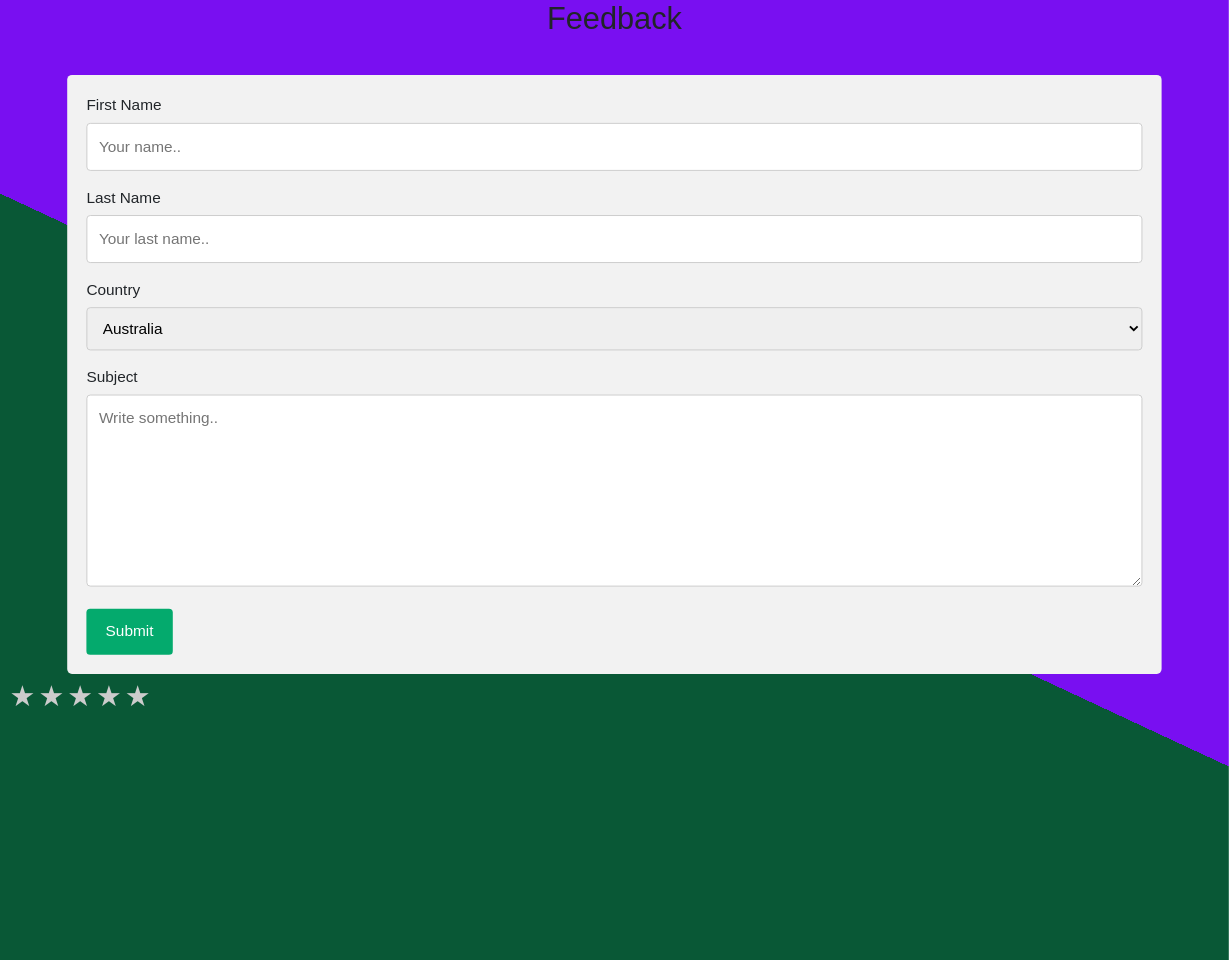
Repository: poornasyamasundar/Software-Project-Manager
Page: SoftwareManager/Templates/feedback.html
An editor plug-in stored every save of this project. The page is shown before and after the next save, followed by the edit.
The browser window is 1280 px wide. The pictures show the whole page, at 96% of full size.

Above is the page before, as saved 2021-10-23 20:51:25.

After the next save:
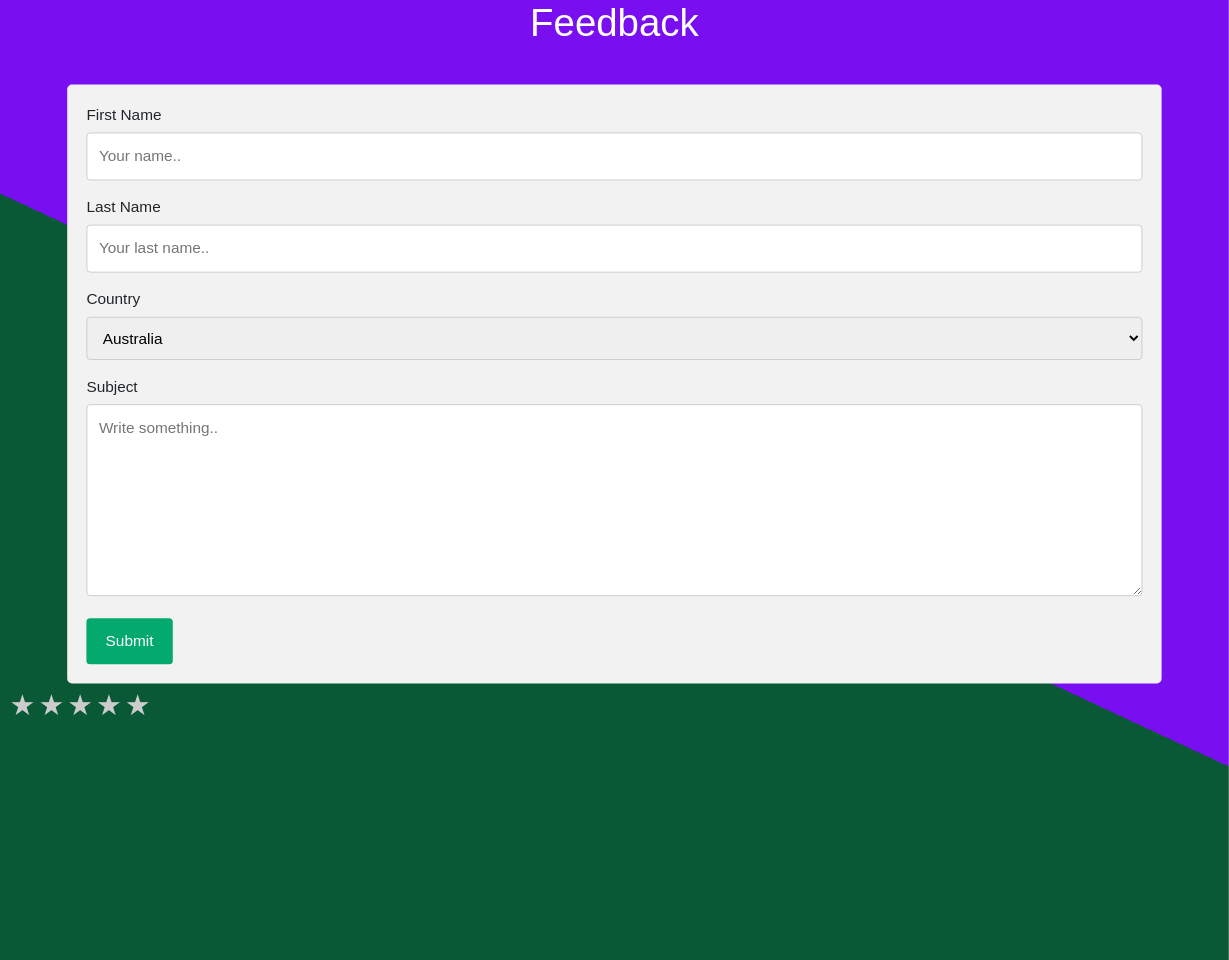
Saved 19 s later.
--- a/SoftwareManager/Templates/feedback.html
+++ b/SoftwareManager/Templates/feedback.html
@@ -85,7 +85,7 @@
             </style>
 	</head>
 	<body>
-        <h2 align="center">Feedback</h2>
+        <h1 align="center">Feedback</h1>
 
 <div class="container">
   <form action="">
